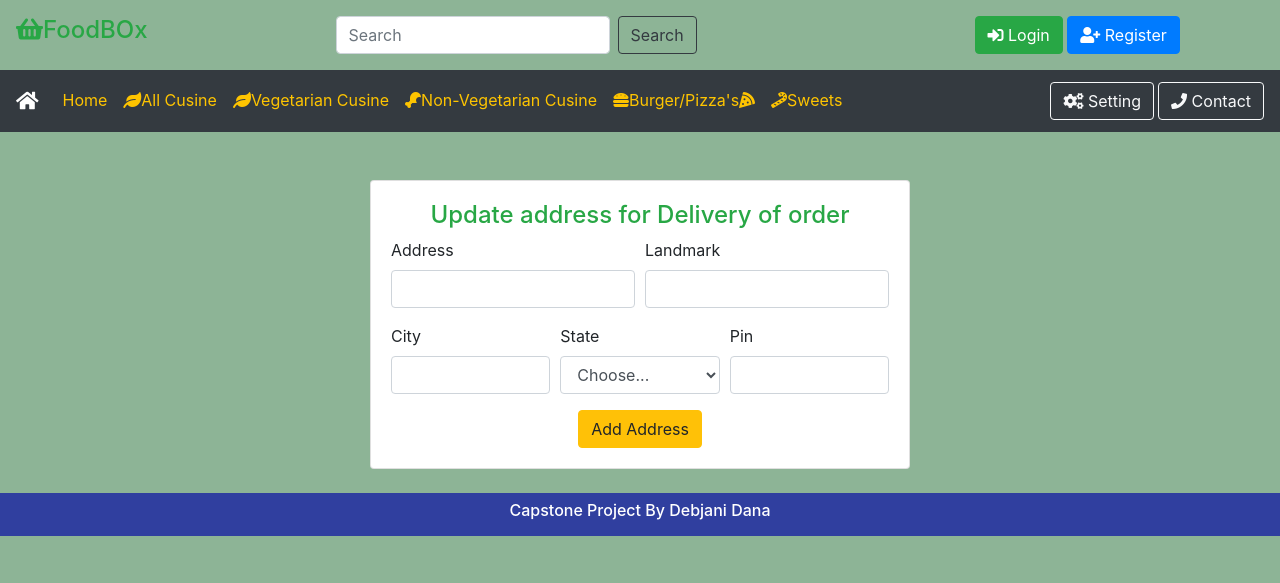
Repository: debjaniprofessional32/Capstone-Final-FoodBox-Delivery-Project
Page: http://localhost/OnlinFoodBOX/useraddress.jsp
The author's editor kept a copy of each file at every save. The page is drawn from the files as they stood at one save, then again after the next save.
The browser window is 1280 px wide. The pictures show the whole page.
Some web libraries are served in a nearby version. The page is served by Tomcat 9.

Above is the page before, as saved 2022-12-23 12:11:57.

After the next save:
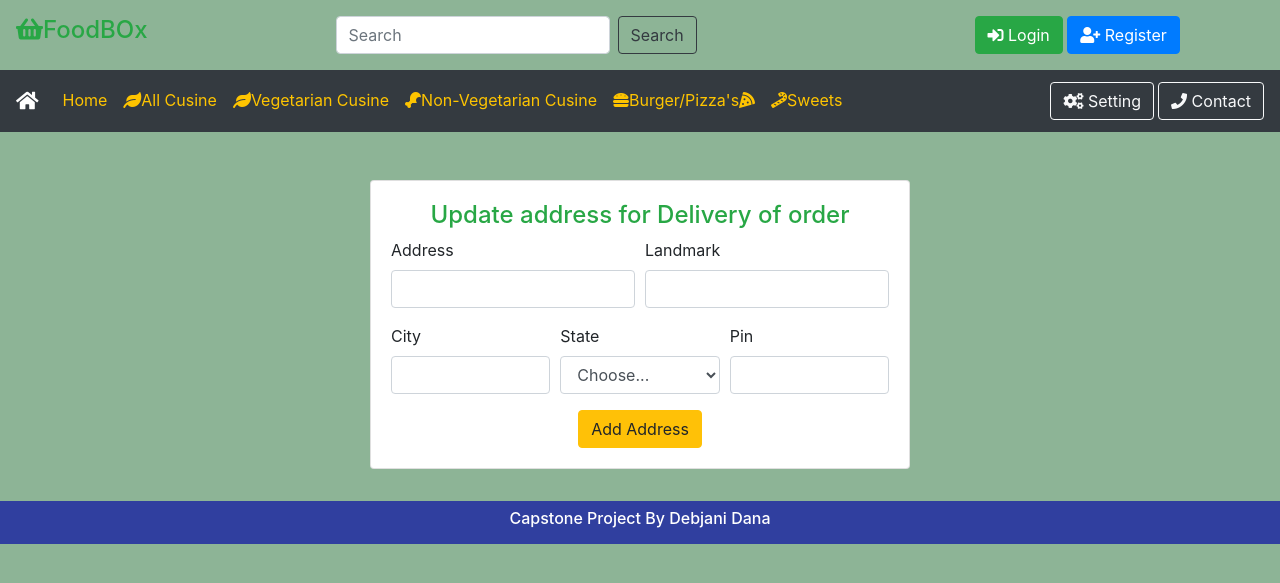
Saved 10 s later.
--- a/OnlinFoodBOX/src/main/webapp/useraddress.jsp
+++ b/OnlinFoodBOX/src/main/webapp/useraddress.jsp
@@ -12,7 +12,7 @@
 <%@include file="all_Component/navbar.jsp"%>
 <div class="container">
 <div class="row">
-<div class="col-md-6 offset-md-3 mt-5 mb-3">
+<div class="col-md-6 offset-md-3 mt-5 mb-4">
 <div class="card">
 
 <div class="card-body">
